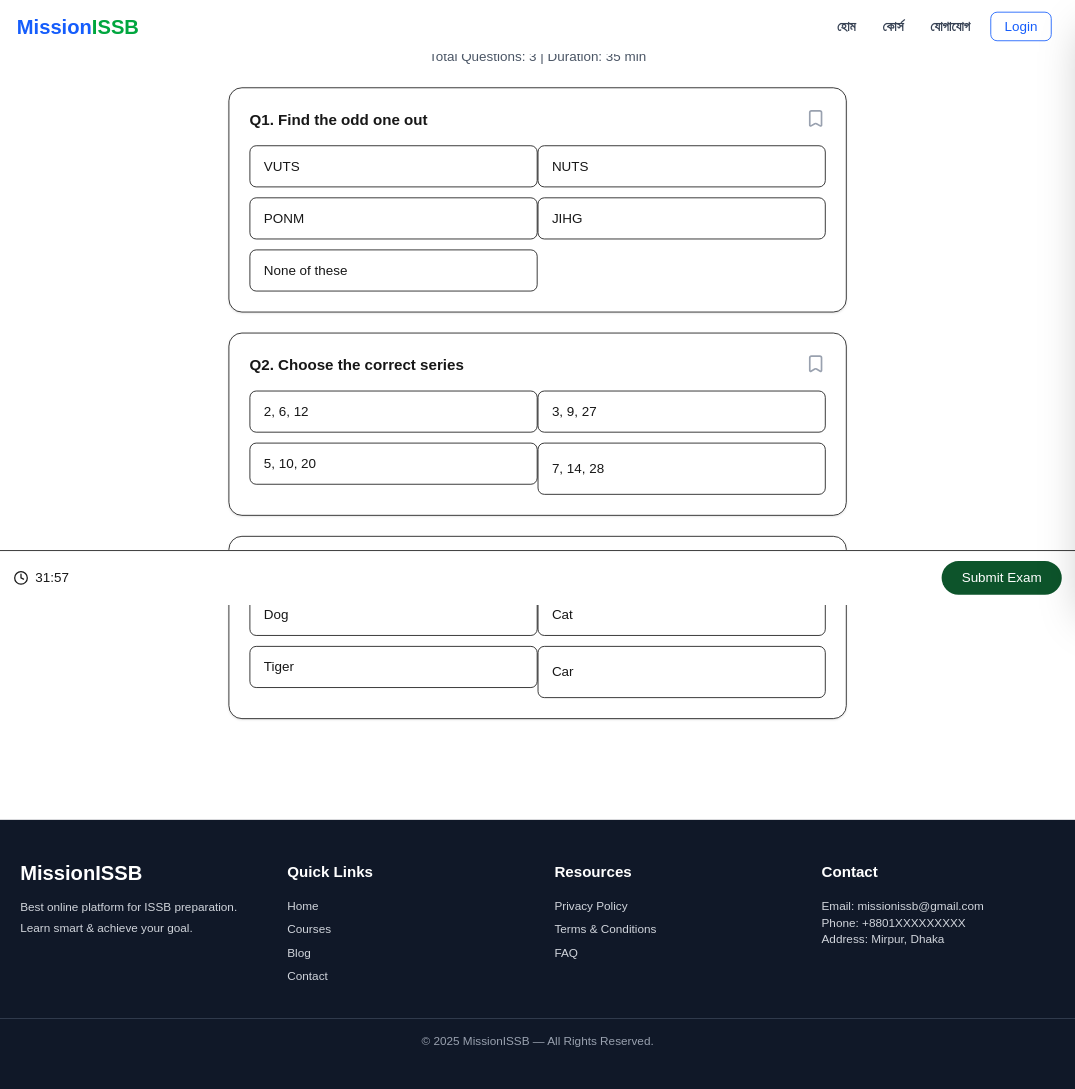
Repository: mdmuhibullahhabib/missionissb
Page: /exam/verbal-model-test-01
These files come from the project's save history. The page is drawn as it stood at one moment and after the next save; the edit follows.
The browser window is 1280 px wide. The pictures show the whole page, at 84% of full size.
The page's requests for data from a server got no answer. The project was rebuilt for these pictures with package versions that can differ from the ones it lists, and the page was loaded fresh each time. The framework's server and built-in components were replaced by stand-ins that run in the browser. No one was signed in, and anything a server would have sent is missing. Also part of the build but not shown: next.config.mjs, app/exam/[id]/components/SubmitModal.jsx.

Above is the page before, as saved 2025-12-15 17:28:45.

### app/layout.js
import { Geist, Geist_Mono } from 'next/font/google'
import './globals.css'
import Footer from '@/components/shared/Footer'
import Navbar from '@/components/shared/Navbar'
import NextAuthProvider from './providers/NextAuthProvider'
import LayoutWrapper from '@/components/LayoutWrapper'

const geistSans = Geist({
  variable: '--font-geist-sans',
  subsets: ['latin']
})

const geistMono = Geist_Mono({
  variable: '--font-geist-mono',
  subsets: ['latin']
})

export const metadata = {
  title: 'Mission ISSB',
  description: 'Generated by create next app'
}

export default function RootLayout({ children }) {
  return (
    <html lang='en' suppressHydrationWarning={true}>
      <body
        className={`${geistSans.variable} ${geistMono.variable} antialiased`}
      >
        <NextAuthProvider>

                    <LayoutWrapper>{children}</LayoutWrapper>


          {/* <Navbar />

          {children}

          <Footer /> */}
        </NextAuthProvider>
      </body>
    </html>
  )
}

### app/exam/[id]/page.jsx
"use client";

import { useState } from "react";
import { Clock } from "lucide-react";
import McqCard from "./components/McqCard";
import SubmitModal from "./components/SubmitModal";

/* Fake Questions */
const questions = [
  {
    question: "Find the odd one out",
    options: ["VUTS", "NUTS", "PONM", "JIHG", "None of these"],
  },
  {
    question: "Choose the correct series",
    options: ["2, 6, 12", "3, 9, 27", "5, 10, 20", "7, 14, 28"],
  },
  {
    question: "Which word is different?",
    options: ["Dog", "Cat", "Tiger", "Car"],
  },
];

const ExamPage = () => {
  const [currentQ, setCurrentQ] = useState(0);
  const [answers, setAnswers] = useState({});
  const [showSubmitModal, setShowSubmitModal] = useState(false);

  const handleSelect = (idx) => {
    setAnswers({ ...answers, [currentQ]: idx });
  };

  return (
    <div className="min-h-screen bg-white pb-24">

      {/* Header */}
      <div className="text-center py-6">
        <h1 className="text-2xl font-bold">Verbal Model Test 01</h1>
        <p className="text-gray-600">
          Total Questions: {questions.length} | Duration: 35 min
        </p>
      </div>

      {/* Question Card */}
      <div className="max-w-3xl space-y-4 mx-auto px-4">
        {questions.map((q, index) => (
          <McqCard
            key={index}
            index={index}
            question={q.question}
            options={q.options}
            selectedAnswer={answers[index]}
            onSelect={(optIdx) =>
              handleSelect(index, optIdx)
            }
          />
        ))}
      </div>

      {/* Footer */}
      <div className="fixed bottom-0 left-0 w-full bg-white border-t px-4 py-3 flex justify-between">
        <div className="flex items-center gap-2 font-medium">
          <Clock size={18} /> 31:57
        </div>

        <button
          onClick={() => setShowSubmitModal(true)}
          className="bg-green-900 text-white px-6 py-2 rounded-full"
        >
          Submit Exam
        </button>
      </div>

      {/* Submit Modal */}
      <SubmitModal
        open={showSubmitModal}
        onClose={() => setShowSubmitModal(false)}
        onSubmit={() => {
          setShowSubmitModal(false);
          alert("Exam Submitted!");
        }}
      />
    </div>
  );
};

export default ExamPage;

### components/shared/Footer.jsx
"use client";
import Link from "next/link";

export default function Footer() {
  return (
    <footer className="bg-gray-900 text-gray-300 py-12">
      <div className="max-w-7xl mx-auto grid grid-cols-1 md:grid-cols-4 gap-10 px-6">

        {/* Column 1 */}
        <div>
          <h2 className="text-2xl font-bold text-white">MissionISSB</h2>
          <p className="mt-3 text-sm leading-6">
            Best online platform for ISSB preparation.
            Learn smart & achieve your goal.
          </p>
        </div>

        {/* Column 2 */}
        <div>
          <h3 className="text-lg font-semibold text-white mb-4">Quick Links</h3>
          <ul className="space-y-2 text-sm">
            <li><Link href="/" className="hover:text-white">Home</Link></li>
            <li><Link href="/courses" className="hover:text-white">Courses</Link></li>
            <li><Link href="/blog" className="hover:text-white">Blog</Link></li>
            <li><Link href="/contact" className="hover:text-white">Contact</Link></li>
          </ul>
        </div>

        {/* Column 3 */}
        <div>
          <h3 className="text-lg font-semibold text-white mb-4">Resources</h3>
          <ul className="space-y-2 text-sm">
            <li><Link href="/privacy" className="hover:text-white">Privacy Policy</Link></li>
            <li><Link href="/terms" className="hover:text-white">Terms & Conditions</Link></li>
            <li><Link href="/faq" className="hover:text-white">FAQ</Link></li>
          </ul>
        </div>

        {/* Column 4 */}
        <div>
          <h3 className="text-lg font-semibold text-white mb-4">Contact</h3>
          <p className="text-sm">Email: missionissb@gmail.com</p>
          <p className="text-sm">Phone: +8801XXXXXXXXX</p>
          <p className="text-sm">Address: Mirpur, Dhaka</p>
        </div>
      </div>

      <div className="mt-10 border-t border-gray-700 pt-4 text-center text-gray-400 text-sm">
        © {new Date().getFullYear()} MissionISSB — All Rights Reserved.
      </div>
    </footer>
  );
}

### components/shared/Navbar.jsx
"use client";
import { useState, useEffect } from "react";
import Link from "next/link";
import { FiMenu, FiX } from "react-icons/fi";
import { useSession } from "next-auth/react";
import { useRouter } from "next/navigation";
import DrawerMenu from "../user/UserDrawerMenu";


// Fake user data
const fakeUser = {
    name: "Muhibullah Habib",
    email: "muhib@example.com",
    avatar: "https://i.pravatar.cc/100?img=11",
    role: "admin",
};

export default function Navbar() {
    const [open, setOpen] = useState(false);
    const [scroll, setScroll] = useState(false);
    const router = useRouter();
        const [drawerOpen, setDrawerOpen] = useState(false);
    const [userDrawerOpen, setUserDrawerOpen] = useState(false);
    const { data: session, status } = useSession();
    console.log(session)
    console.log(status)

    // Scroll detection for shadow effect
    useEffect(() => {
        const handleScroll = () => {
            setScroll(window.scrollY > 10);
        };
        window.addEventListener("scroll", handleScroll);
        return () => window.removeEventListener("scroll", handleScroll);
    }, []);

    const navLinks = [
        { name: "হোম", href: "/" },
        { name: "কোর্স", href: "/courses" },
        { name: "যোগাযোগ", href: "/contact" },
    ];

    // User icon click
    const handleUserClick = () => {
        if (status == "authenticated") {
            setUserDrawerOpen(true);
        } else {
            router.push("/auth");
        }
    };

    return (
        <>
            <nav
                className={`w-full fixed top-0 z-50 transition-all ${scroll ? "bg-white shadow-md" : "bg-white"
                    }`}
            >
                <div className="max-w-7xl mx-auto px-5 py-3 flex justify-between items-center">

                    {/* Logo */}
                    <Link href="/" className="text-2xl font-bold text-blue-600">
                        Mission<span className="text-green-600">ISSB</span>
                    </Link>


                    {/* Auth Buttons */}
                    <div className="hidden items-center md:flex gap-4">
                        {/* Desktop Menu */}
                        <div className="hidden md:flex gap-8">
                            {navLinks.map((link) => (
                                <Link
                                    key={link.name}
                                    href={link.href}
                                    className="text-gray-700 font-semibold hover:text-blue-600 transition font-medium"
                                >
                                    {link.name}
                                </Link>
                            ))}
                        </div>

                        {/* User Icon */}
                        <button
                            onClick={handleUserClick}
                            className="p-2 rounded-full hover:bg-gray-100 transition duration-150"
                        >
                            {status == "authenticated" ? (
                                <img
                                    src={fakeUser?.avatar}
                                    alt="user"
                                    className="h-8 w-8 rounded-full border"
                                />
                            ) : (
                                <Link
                                    href="/auth"
                                    className="px-4 py-2 border border-blue-600 text-blue-600 rounded-lg hover:bg-blue-600 hover:text-white transition"
                                >
                                    Login
                                </Link>
                            )}
                        </button>
                    </div>

                    {/* Mobile Toggle */}
                    <button onClick={() => setOpen(!open)} className="md:hidden text-3xl">
                        {open ? <FiX /> : <FiMenu />}
                    </button>
                </div>

                {/* Mobile Menu */}
                <div
                    className={`md:hidden bg-white fixed top-[64px] left-0 w-full h-screen transition-all duration-300 ${open ? "translate-y-0 opacity-100" : "-translate-y-5 opacity-0 pointer-events-none"
                        }`}
                >
                    <div className="flex flex-col gap-6 px-6 py-6 text-lg">
                        {navLinks.map((link) => (
                            <Link
                                key={link.name}
                                href={link.href}
                                onClick={() => setOpen(false)}
                                className="text-gray-700 hover:text-blue-600"
                            >
                                {link.name}
                            </Link>
                        ))}

                        <hr />

                        <Link
                            href="/auth/login"
                            onClick={() => setOpen(false)}
                            className="text-blue-600 font-semibold"
                        >
                            Login
                        </Link>
                    </div>
                </div>
            </nav>

            <DrawerMenu
                isOpen={userDrawerOpen}
                onClose={() => setUserDrawerOpen(false)}
                // user={user}
            />
        </>
    );
}

### app/providers/NextAuthProvider.jsx
"use client"
import { SessionProvider } from 'next-auth/react'
import React from 'react'

const NextAuthProvider = ({ children }) => {
    return <SessionProvider>{children}</SessionProvider>
}

export default NextAuthProvider;

### components/LayoutWrapper.jsx
"use client";

import { usePathname } from "next/navigation";
import Navbar from "./shared/Navbar";
import Footer from "./shared/Footer";

export default function LayoutWrapper({ children }) {
  const pathname = usePathname();
  const isAdmin = pathname.startsWith("/admin");
  const isAuth = pathname.startsWith("/auth");

  return (
    <>
      {!isAdmin && !isAuth && <Navbar />}

      <main>{children}</main>

      {!isAdmin && !isAuth && <Footer />}
    </>
  );
}

### app/exam/[id]/components/McqCard.jsx
"use client";

import { Bookmark } from "lucide-react";

const McqCard = ({
  index,
  question,
  options,
  selectedAnswer,
  onSelect,
}) => {
  return (
    <div className="border rounded-2xl p-6 shadow-sm mb-6">

      {/* Question */}
      <div className="flex justify-between items-start mb-4">
        <h2 className="font-semibold text-lg">
          Q{index + 1}. {question}
        </h2>
        <Bookmark className="text-gray-400 cursor-pointer" />
      </div>

      {/* Options */}
      <div className="space-y-3 grid md:grid-cols-2">
        {options.map((opt, idx) => (
          <button
            key={idx}
            onClick={() => onSelect(idx)}
            className={`w-full text-left px-4 py-3 border rounded-lg transition
              ${
                selectedAnswer === idx
                  ? "bg-green-100 border-green-600"
                  : "hover:bg-gray-50"
              }`}
          >
            {opt}
          </button>
        ))}
      </div>
    </div>
  );
};

export default McqCard;

### components/user/UserDrawerMenu.jsx
"use client";

import { FiX, FiUser, FiShoppingBag, FiSettings, FiGrid, FiLogOut } from "react-icons/fi";
import { motion, AnimatePresence } from "framer-motion";
import Image from "next/image";
import { useRouter } from "next/navigation";
import { signOut, useSession } from "next-auth/react";
import Link from "next/link";

export default function DrawerMenu({ isOpen, onClose, user = {} }) {
  const router = useRouter();
  const { data: session, status } = useSession();
  console.log(session)

  const handleNavigate = (path) => {
    onClose();
    router.push(path);
  };

  const handleLogout = async () => {
    // You can replace with your logout logic
    console.log("User logged out");
    onClose();
    await signOut();
  };

  const isAdmin = user?.role === "admin";

  return (
    <>
      {/* Overlay */}
      <AnimatePresence>
        {isOpen && (
          <motion.div
            initial={{ opacity: 0 }}
            animate={{ opacity: 1 }}
            exit={{ opacity: 0 }}
            onClick={onClose}
            className="fixed inset-0 bg-black/30 backdrop-blur-sm z-40 cursor-pointer"
          />
        )}
      </AnimatePresence>

      {/* Drawer */}
      <motion.div
        initial={{ x: "100%" }}
        animate={{ x: isOpen ? 0 : "100%" }}
        exit={{ x: "100%" }}
        transition={{ type: "spring", stiffness: 100, damping: 20 }}
        className="fixed top-0 right-0 h-full w-80 sm:w-96 bg-white shadow-2xl z-50 flex flex-col"
      >
        {/* Header */}
        <div className="flex justify-between items-center p-4 border-b">
          <div className="flex items-center gap-3">
            <Image
              src={user?.photo || "https://i.ibb.co/5j9n3yH/default-avatar.png"}
              width={40}
              height={40}
              alt="User avatar"
              className="rounded-full object-cover"
            />
            <div>
              <p className="font-semibold text-gray-800">
                {user?.name || "Guest User"}
              </p>
              <p className="text-xs text-gray-500">
                {isAdmin ? "Administrator" : "Regular User"}
              </p>
            </div>
          </div>
          <button onClick={onClose} className="text-gray-600 hover:text-red-500">
            <FiX className="h-6 w-6" />
          </button>
        </div>

        {/* Menu Items */}
        <div className="flex-1 overflow-y-auto p-5 space-y-4 text-gray-700">
          <button
            onClick={() => handleNavigate("/profile")}
            className="flex items-center gap-3 w-full p-3 rounded-xl hover:bg-gray-100 transition"
          >
            <FiUser className="text-red-500" />
            <span>My Profile</span>
          </button>

          <Link
            href={"/mycourse"}
            // onClick={() => handleNavigate("/mycourse")}
            className="flex items-center gap-3 w-full p-3 rounded-xl hover:bg-gray-100 transition"
          >
            <FiShoppingBag className="text-red-500" />
            <span>My Courses</span>
          </Link>

          <Link
            href={"/admin/dashboard"}
            // onClick={() => handleNavigate("/mycourse")}
            className="flex items-center gap-3 w-full p-3 rounded-xl hover:bg-gray-100 transition"
          >
            <FiShoppingBag className="text-red-500" />
            <span>Admin Dashboard</span>
          </Link>

          {isAdmin && (
            <button
              onClick={() => handleNavigate("/admin/dashboard")}
              className="flex items-center gap-3 w-full p-3 rounded-xl hover:bg-gray-100 transition"
            >
              <FiGrid className="text-red-500" />
              <span>Admin Dashboard</span>
            </button>
          )}
        </div>

        {/* Footer */}
        <div className="border-t p-4">
          <button
            onClick={handleLogout}
            className="flex items-center justify-center gap-2 w-full py-2 bg-red-600 text-white font-medium rounded-xl hover:bg-red-700 transition"
          >
            <FiLogOut />
            Logout
          </button>
        </div>
      </motion.div>
    </>
  );
}

Loaded but not shown: app/globals.css (common file)

After the next save:
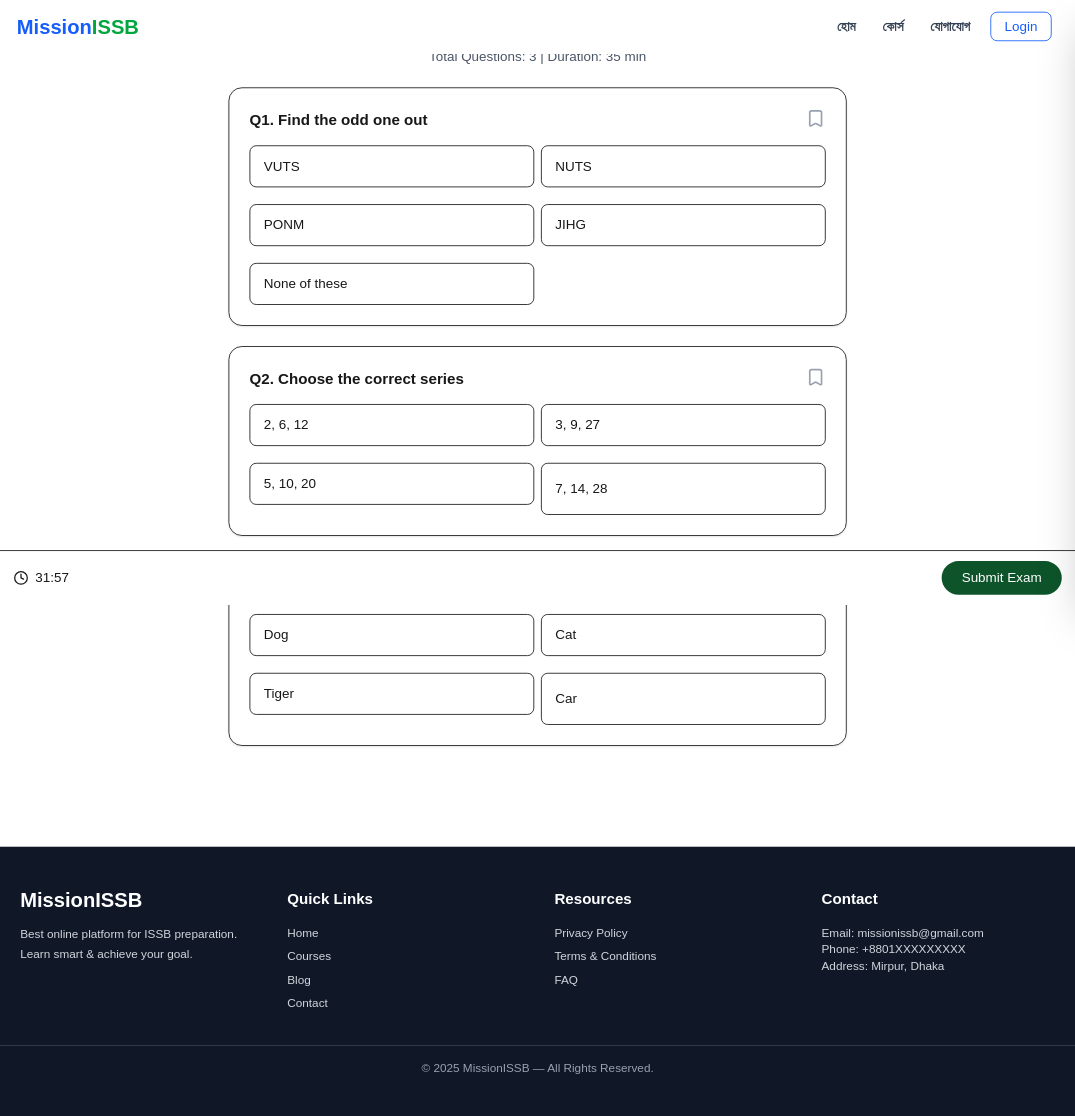
Saved 7 s later.
--- a/app/exam/[id]/components/McqCard.jsx
+++ b/app/exam/[id]/components/McqCard.jsx
@@ -21,7 +21,7 @@ const McqCard = ({
       </div>
 
       {/* Options */}
-      <div className="space-y-3 grid md:grid-cols-2">
+      <div className="space-y-3 grid md:grid-cols-2 gap-2">
         {options.map((opt, idx) => (
           <button
             key={idx}
